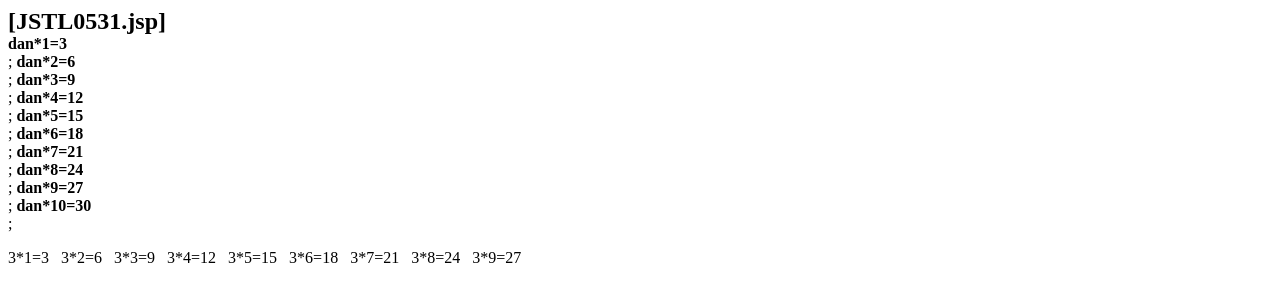
Repository: sorakazae/ITBANK_JSP_101
Page: http://localhost/Web0517/JSTL0531.jsp
The author's editor kept a copy of each file at every save. The page is drawn from the files as they stood at one save, then again after the next save.
The browser window is 1280 px wide. The pictures show the whole page.
The page is served by Tomcat 9.

Above is the page before, as saved 2014-06-01 01:18:46.

After the next save:
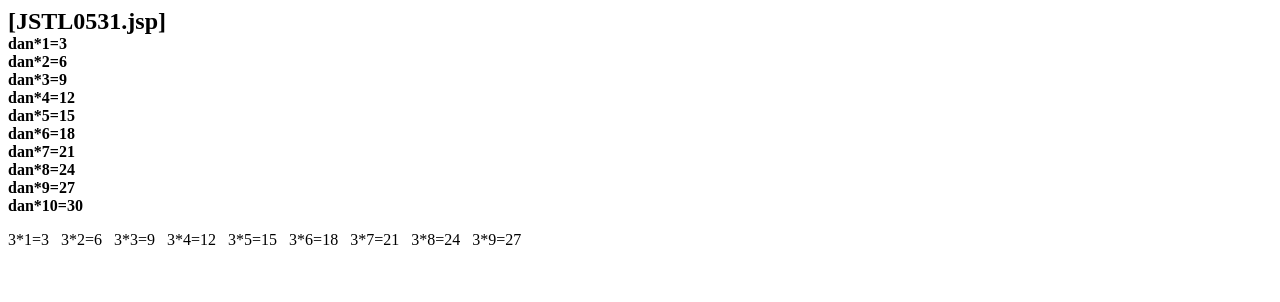
Saved 9 s later.
--- a/day8/my/Web0517/WebContent/JSTL0531.jsp
+++ b/day8/my/Web0517/WebContent/JSTL0531.jsp
@@ -13,7 +13,7 @@
 
  <c:set var="dan" value="3"/>
  <c:forEach var="i" begin="1" end="10" step="1">
-   <b>${"dan"}*${i}=${dan*i} </b><br>;
+   <b>${"dan"}*${i}=${dan*i} </b><br>
  </c:forEach>
 
 
